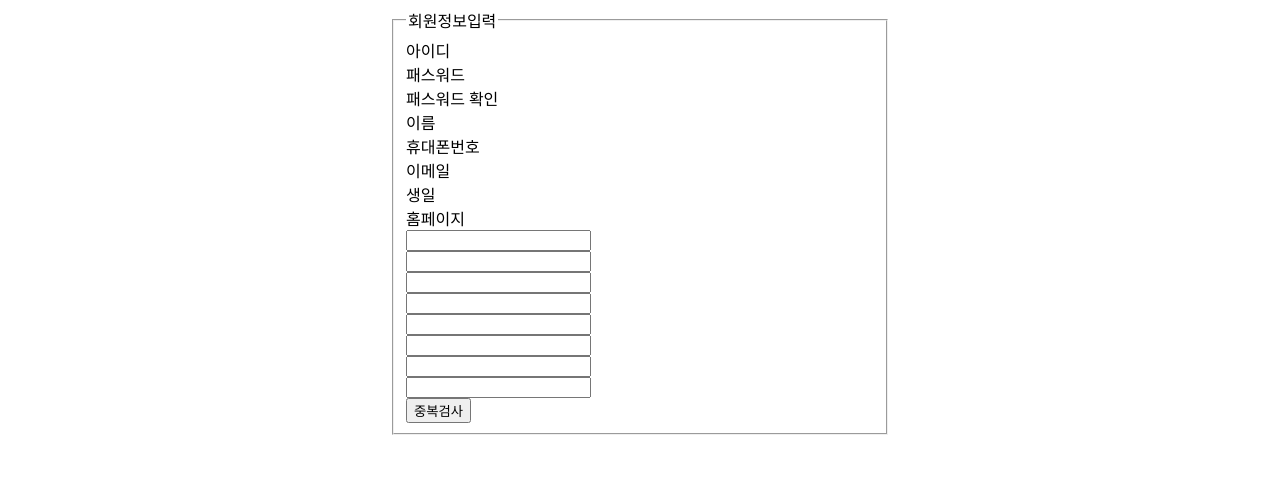
Repository: saysang22/servlet
Page: http://localhost/BookMarket/validationExample.jsp
These files come from the project's save history. The page is drawn as it stood at one moment and after the next save; the edit follows.
The browser window is 1280 px wide. The pictures show the whole page.
The page is served by Tomcat 10. Other server files are loaded and not shown.

Above is the page before, as saved 2024-05-31 07:51:46.

### BookMarket/src/main/webapp/validationExample.jsp
<%@ page language="java" contentType="text/html; charset=UTF-8"
    pageEncoding="UTF-8"%>
<!DOCTYPE html>
<html>
<head>
<meta charset="UTF-8">
<title>유효성 검사</title>
<link rel="stylesheet" href="./resources/css/validationExample.css"></link>
</head>
<body>
	<form method="post" action="#" name="signUp">
		<fieldset>
			<legend>회원정보입력</legend>
			<ul>
				<li><label>아이디</label></li>
				<li><label>패스워드</label></li>
				<li><label>패스워드 확인</label></li>
				<li><label>이름</label></li>
				<li><label>휴대폰번호</label></li>
				<li><label>이메일</label></li>
				<li><label>생일</label></li>
				<li><label>홈페이지</label></li>
			</ul>
			<ul>
				<li><input type="text" name="id"></li>
				<li><input type="text" name="passwd"></li>
				<li><input type="text" name ="passwdCk"></li>
				<li><input type="text" name="name"></li>
				<li><input type="text" name="tel"></li>
				<li><input type="text" name="email"></li>
				<li><input type="text" name="birth"></li>
				<li><input type="text" name="home"></li>
			</ul>
			<input type="button" value="중복검사">
		</fieldset>
	</form>
</body>
</html>

### BookMarket/src/main/webapp/resources/css/validationExample.css
@charset "UTF-8";

form {
	width: 500px;
	margin: 0 auto;
}


ul {
	list-style: none;
	padding: 0;
	margin: 0;

}

After the next save:
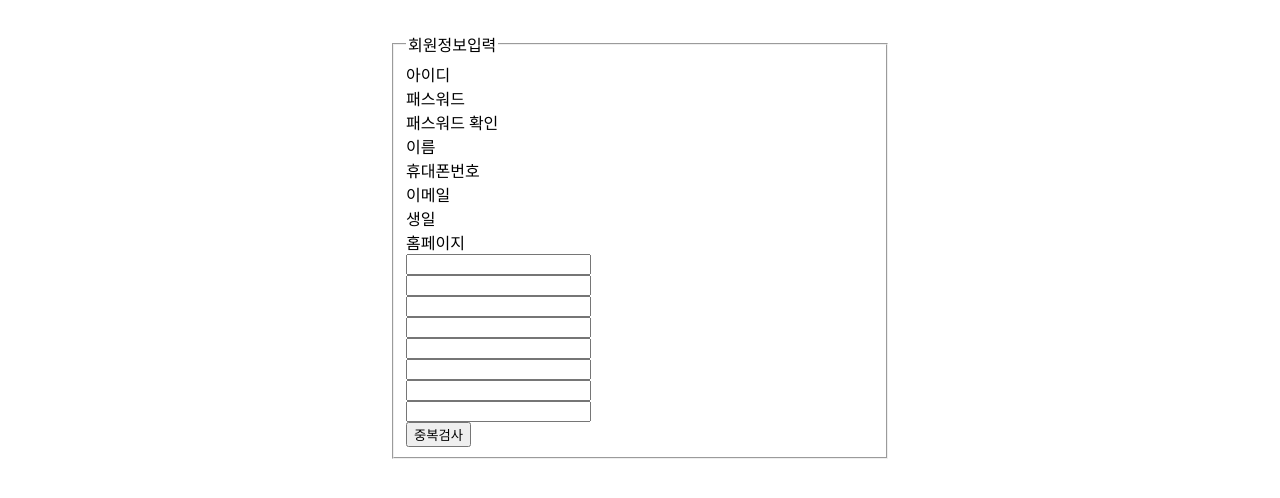
Saved 16 s later.
--- a/BookMarket/src/main/webapp/resources/css/validationExample.css
+++ b/BookMarket/src/main/webapp/resources/css/validationExample.css
@@ -2,7 +2,7 @@
 
 form {
 	width: 500px;
-	margin: 0 auto;
+	margin: 2rem auto 0;
 }
 
 
